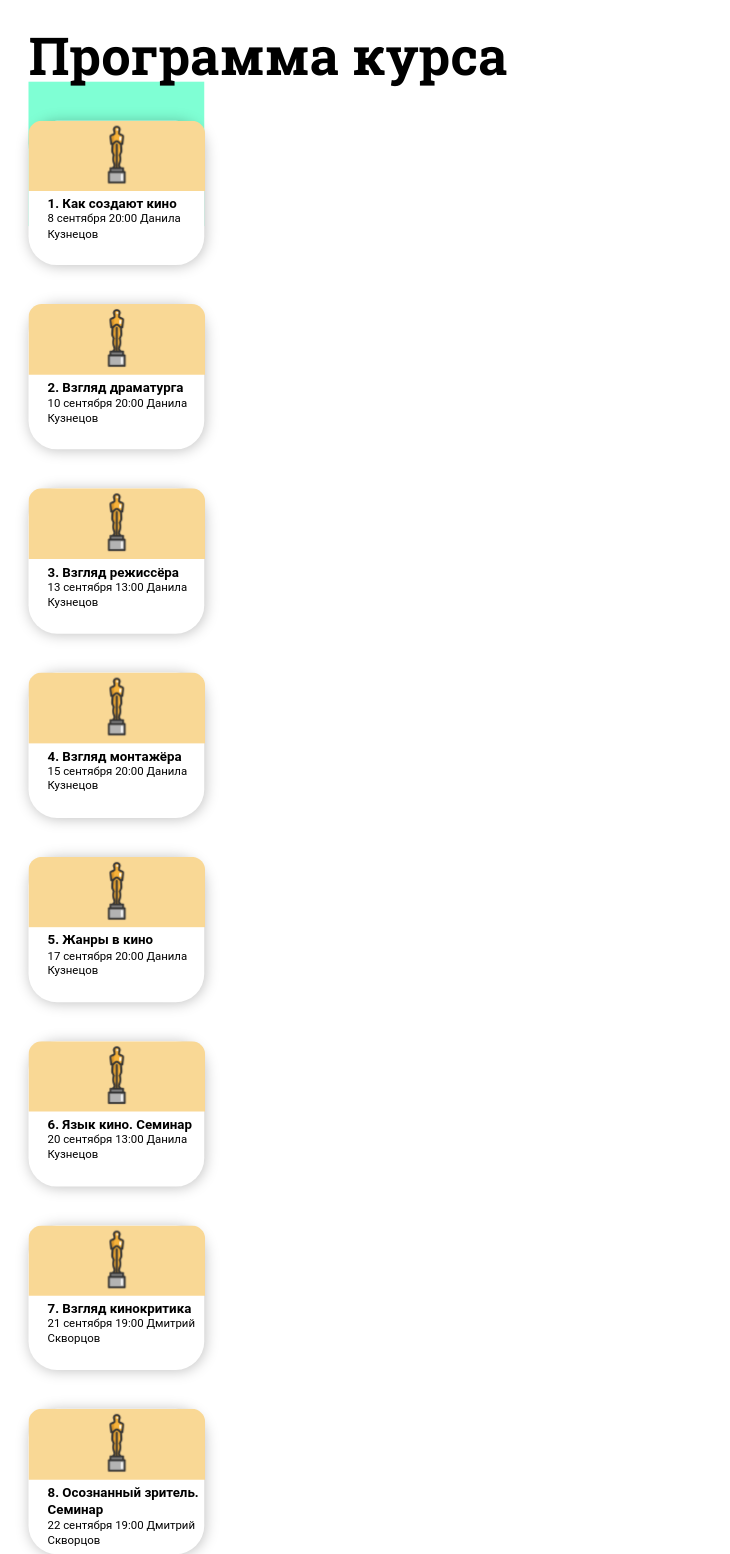
Repository: MehdiKerimov/Figma-task-18
Page: pages/homePage/index.html
These files come from the project's save history. The page is drawn as it stood at one moment and after a run of saves; the edit follows.
The browser window is 768 px wide. The pictures show the whole page, at 95% of full size.
The style sheet was rebuilt from its Sass, Less or Tailwind sources for each picture, by a compiler version that may differ from the author's.

Above is the page before, as saved 2023-11-28 10:37:37.

After the next 2 saves:
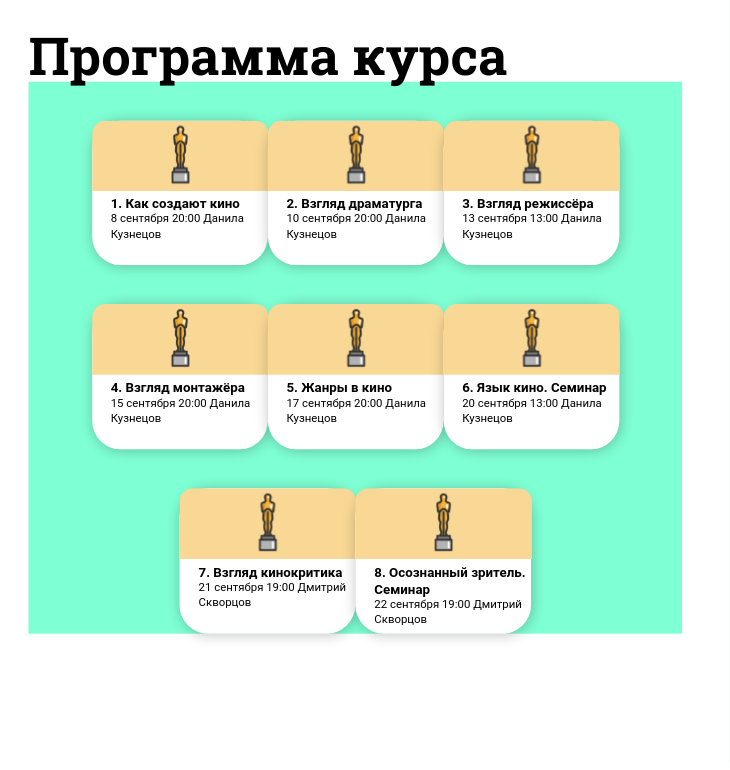
The 2 saves are shown as one change because 1 did not build or start.
The last was saved 9 s later.
--- a/pages/homePage/index.scss
+++ b/pages/homePage/index.scss
@@ -22,8 +22,7 @@
         background-color: aquamarine;
 
         @media screen and (max-width:768px) {
-            width: 185px;
-            height: 152.839px;
+          justify-content: center;
              }
         li {
 
